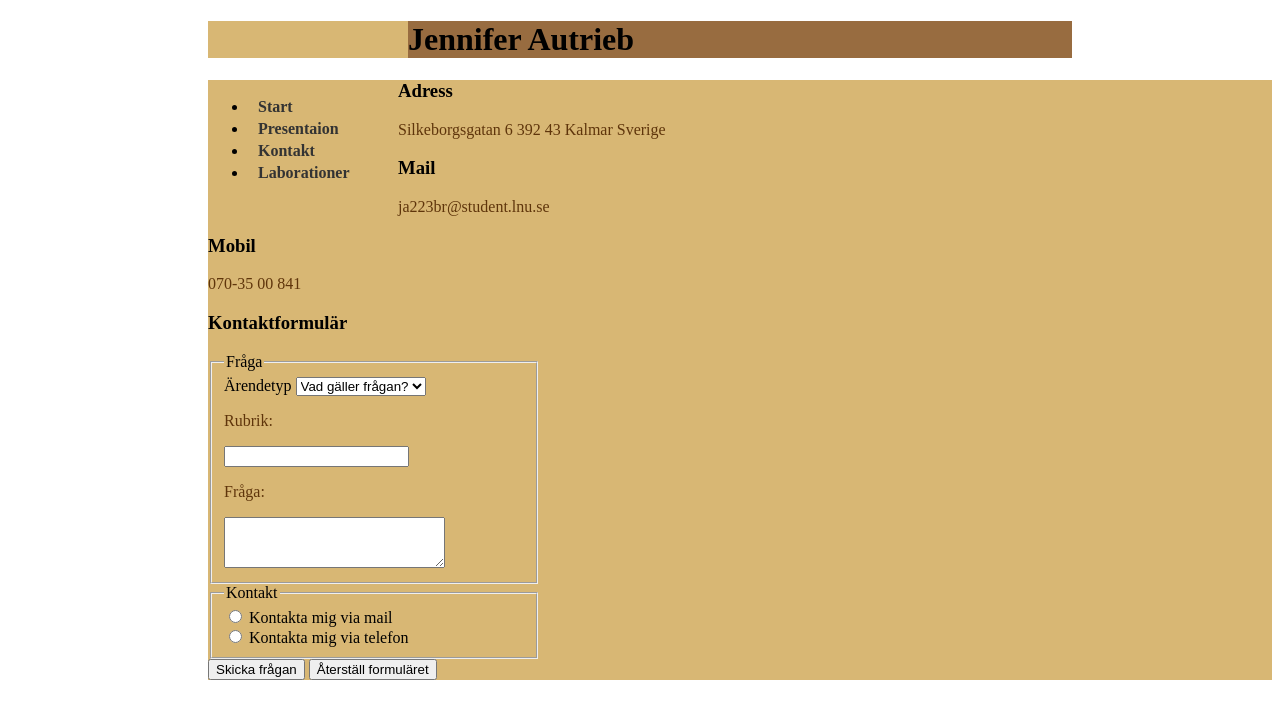
Repository: JeAut/1ik415-JeAut-laborationer
Page: WWW/pages/kontakt.html
The author's editor kept a record of every edit. The page is drawn from the files as they stood at one moment, then again after the next edit.
The browser window is 1280 px wide. The pictures show the whole page.

Above is the page before.

After the next edit:
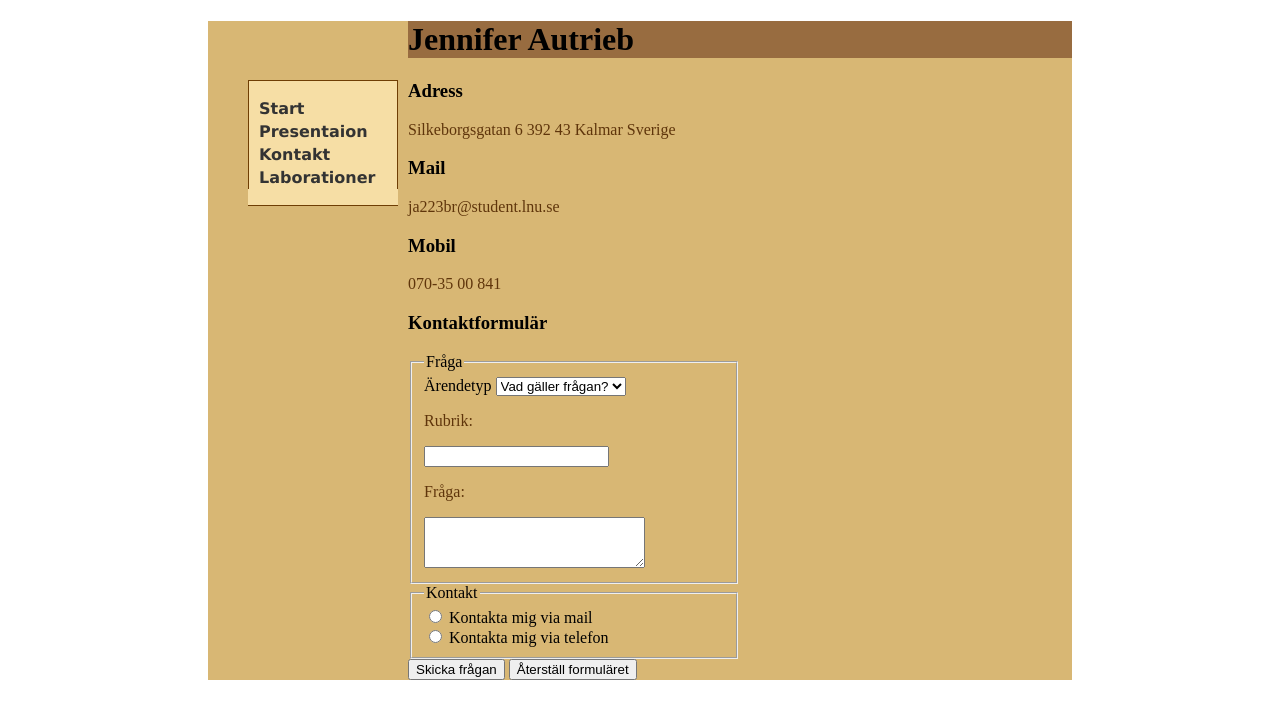
The edit:
--- a/WWW/pages/kontakt.html
+++ b/WWW/pages/kontakt.html
@@ -12,7 +12,9 @@
 
         <ul class="sidemenu">
             <div id="navigation">
-
+            <div id="bc">
+            <div id="ulsidemenu">
+            <div id="ulsidemenu2">
             <p><li><a href="../index.html"> Start</a></li>
             <li><a href="Presentation.html"> Presentaion</a></li>
             <li><a href="kontakt.html"> Kontakt</a></li>
